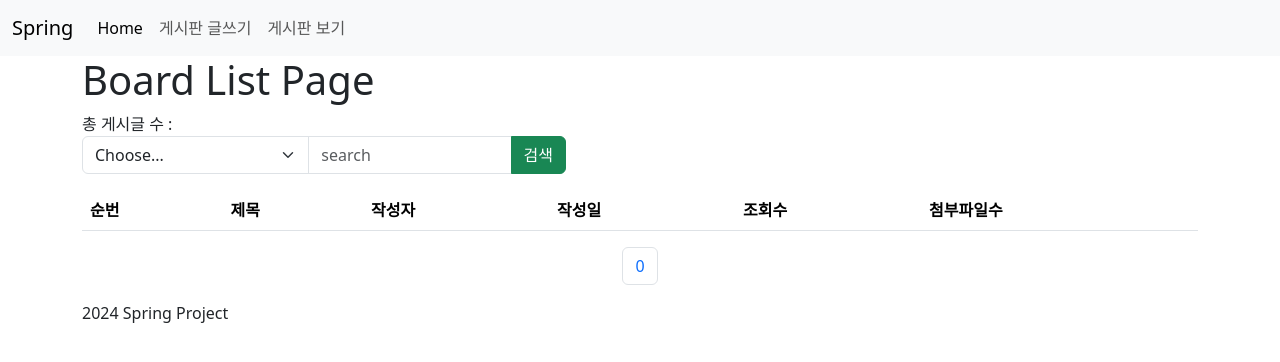
Repository: havanara/240423_SPRING_Project
Page: http://localhost/spring_test2/WEB-INF/views/board/list.jsp
An editor plug-in stored every save of this project. The page is shown before and after the next save, followed by the edit.
The browser window is 1280 px wide. The pictures show the whole page.
The page is served by Tomcat 9. Nobody is signed in. The template is opened directly, without the code that normally fills it, so the values that code supplies are empty.

Above is the page before, as saved 2024-05-01 03:38:37.

After the next save:
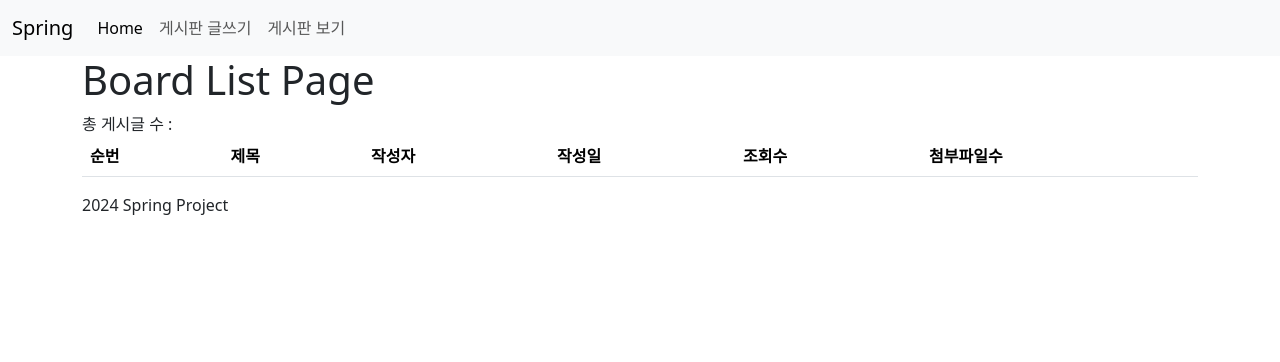
Saved 68 s later.
--- a/spring_test2/src/main/webapp/WEB-INF/views/board/list.jsp
+++ b/spring_test2/src/main/webapp/WEB-INF/views/board/list.jsp
@@ -9,7 +9,7 @@
 	<span>총 게시글 수 : ${ph.totalCount }</span>
 
 	<!-- 검색 라인 -->
-	<form action="/board/list" method="get" class="row g-3">
+<%-- 	<form action="/board/list" method="get" class="row g-3">
 		<div class="input-group mb-3" style="width: 500px;">
 			<select class="form-select" name="type" aria-label="Default select example">
 			<!-- == 처리해도 되고 eq 처리해도 됨 둘다 같으면 이라는 같은 의미 -->
@@ -28,7 +28,7 @@
 			<input type="hidden" name="qty" value="10">
 			<button type="submit" class="btn btn-success">검색</button>
 		</div>
-	</form>
+	</form> --%>
 
 	<table class="table table-hover">
 		<thead>
@@ -56,7 +56,7 @@
 	</table>
 
 	<!-- 페이지네이션 라인 -->
-	<nav aria-label="Page navigation example">
+<%-- 	<nav aria-label="Page navigation example">
 		<ul class="pagination justify-content-center">
 			<c:if test="${ph.prev }">
 				<li class="page-item">
@@ -77,7 +77,7 @@
 				</li>
 			</c:if>
 		</ul>
-	</nav>
+	</nav> --%>
 </div>
 
 <jsp:include page="../layout/footer.jsp" />
